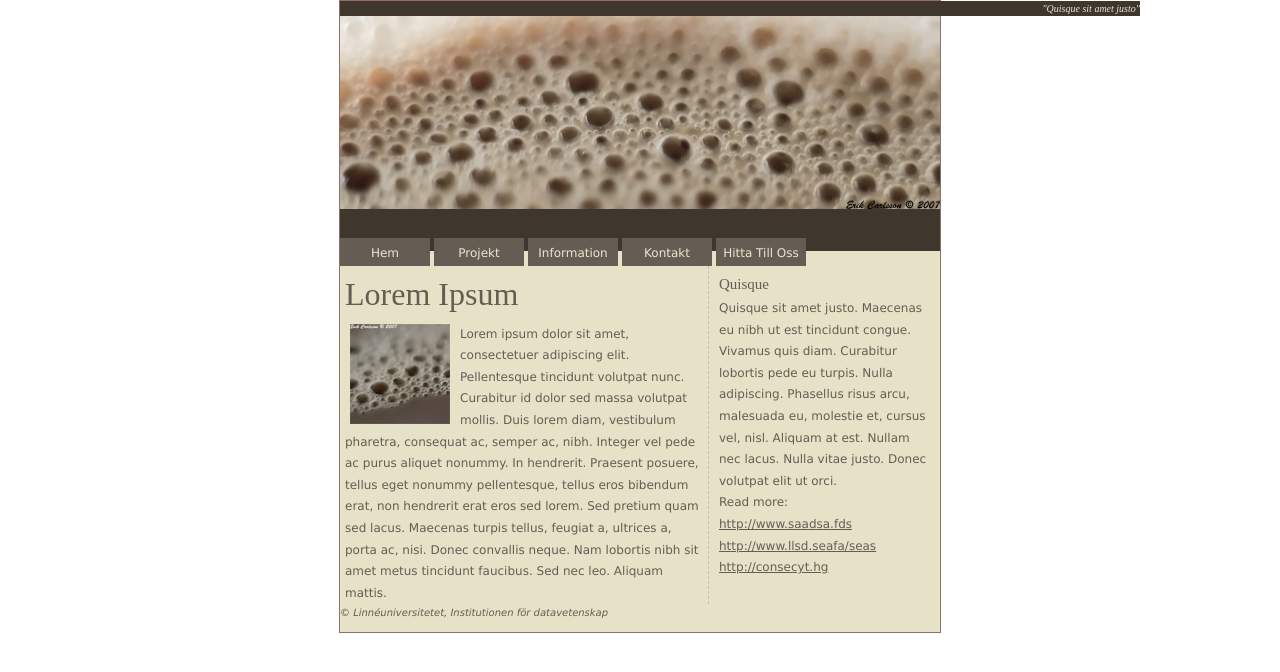
Repository: mh223ja/1ik415-js223mi-Uppgift-3-3
Page: index.html
The author's editor kept a record of every edit. The page is drawn from the files as they stood at one moment, then again after the next edit.
The browser window is 1280 px wide. The pictures show the whole page.

Above is the page before.

### index.html
<!doctype html>
<html lang="sv">

<head>
	<meta charset="utf-8" />
	<title>Lorem Ipsum</title>

	<link rel="stylesheet" href="css/basic.css" />
</head>

<body>

	<div id="container">
		<div id="topbar">
			"Quisque sit amet justo"
		</div>

		<div id="menu">

			<a href="#maincontent">Skip navigation</a>

			<ul>
				<li class="active"><a href="#">hem</a></li>
				<li><a href="#">projekt</a></li>
				<li><a href="#">information</a></li>
				<li><a href="#">kontakt</a></li>
				<li><a href="#">hitta till oss</a></li>
			</ul>
		</div>
		<div id="content">
			<div id="maincontent">
				<h1>Lorem Ipsum</h1>

				<img src="pics/info.jpg" alt="Bubblande kaffe" />
				<p>Lorem ipsum dolor sit amet, consectetuer adipiscing elit. Pellentesque tincidunt volutpat nunc. Curabitur id dolor sed massa volutpat mollis. Duis lorem diam, vestibulum pharetra, consequat ac, semper ac, nibh. Integer vel pede ac purus aliquet nonummy. In hendrerit. Praesent posuere, tellus eget nonummy pellentesque, tellus eros bibendum erat, non hendrerit erat eros sed lorem. Sed pretium quam sed lacus. Maecenas turpis tellus, feugiat a, ultrices a, porta ac, nisi. Donec convallis neque. Nam lobortis nibh sit amet metus tincidunt faucibus. Sed nec leo. Aliquam mattis.</p>
			</div>

			<div id="subcontent">

				<h1>Quisque</h1>
				<p>Quisque sit amet justo. Maecenas eu nibh ut est tincidunt congue. Vivamus quis diam. Curabitur lobortis pede eu turpis. Nulla adipiscing. Phasellus risus arcu, malesuada eu, molestie et, cursus vel, nisl. Aliquam at est. Nullam nec lacus. Nulla vitae justo. Donec volutpat elit ut orci.</p>

				<h2>Read more:</h2>
					<ul>
						<li><a href="#">http://www.saadsa.fds</a></li>
						<li><a href="#">http://www.llsd.seafa/seas</a></li>
						<li><a href="#">http://consecyt.hg</a></li>
					</ul>

			</div>
			<div id="bottomcontent">&copy; Linnéuniversitetet, Institutionen för datavetenskap</div>
		</div>
	</div>
</body>
</html>

### css/basic.css
/* Denna fil får du editera för att lösa uppgiften. Du får INTE ändra i html-filen. */

*{
	margin:0;
	padding: 0;
}
#container {
	width: 600px;
	margin: auto;
	border: 1px;
	border-style: solid;
	border-color: #937066;
	background-image: url('pics/coffey.jpg');
	background-repeat: no-repeat;
	background-color: #3F372E;
	background-size: 100% 33%;
}
#topbar {
	background-color: #3F372E;
	text-align: right;
	color: #eae7d2;
	font-size: 10px;
	padding: 2px 0;
	font-style: italic;
	width: 800px;
	height: auto;
	font: Verdana, Times New Roman;
}
#content {
	background-color: #E5E2C8;
	padding-top: 15px;
	font-family: Verdana, Times New Roman;
	color: #655D53;
	line-height: 1.8;
	overflow: auto;
	margin-top: -2.5%;
}
#maincontent {
	width: 60%;
	padding-right: 0.5%;
	border-right: dashed 1px;
	border-right-color: silver;
	float: left;
	background-color: #E5E2C8;
	margin-left: 0;
	padding-left: 5px;
	font-size: 12px;
	font-family: Verdana, Times New Roman;
	font-weight: 100;
}
#maincontent h1 {
	font-size: 32px;
	font-weight: normal;
	font-stretch:extra-expanded;
	font-family: Times New Roman;
}
#subcontent {
	width: 35%;
	padding-top: 5px;
	float: left;
	background-color: #E5E2C8;
	font-size: 8px;
	padding-left: 5px;
	margin-left: 5px;
}
#bottomcontent {
	font-style: italic;
	width: 600px;
	margin-bottom: 10px;
	font-size: 10px;
	float: left;
}
#maincontent img {
	float: left;
	margin-right: 5px;
	padding: 0px 5px;
}
#subcontent ul {
	list-style: none;
	margin: 0;
	padding: 0;
	font-size: 12px;
}
#subcontent h1 {
	font-size: 15px;
	color: #655D53;
	font-family: Times New Roman;
	font-weight: Normal;
}
#subcontent h2 {
	font-size: 12px;
	font-weight: normal;
	font-family: verdana;
}
#subcontent p {
	font-size: 12px;
}
#subcontent a {
	color: #655D53;
}
#subcontent a:visited {
	color: #5655D53;
}


#menu ul {
	display: inline-block;
	color: white;

	margin-top: 222px;
}
#menu li {
	display: inline-block;
	background-color: #655D53;
}
#menu a {
	color: #eae7d2;
	text-transform: capitalize;
	text-decoration: none;
	font-size: 12px;
	font-family: Verdana;
	display: none;
}
#menu li:hover {
	background-color: #9c9084;
}
#menu li a {
	display: inline;
}
#menu ul li {
	text-align: center;
	display: inline-block;
	width: 80px;
	padding: 5px;
}
.active {
	background-color: #E5E2C8;
}
.active a {
	color: #9e8076;
}

After the next edit:
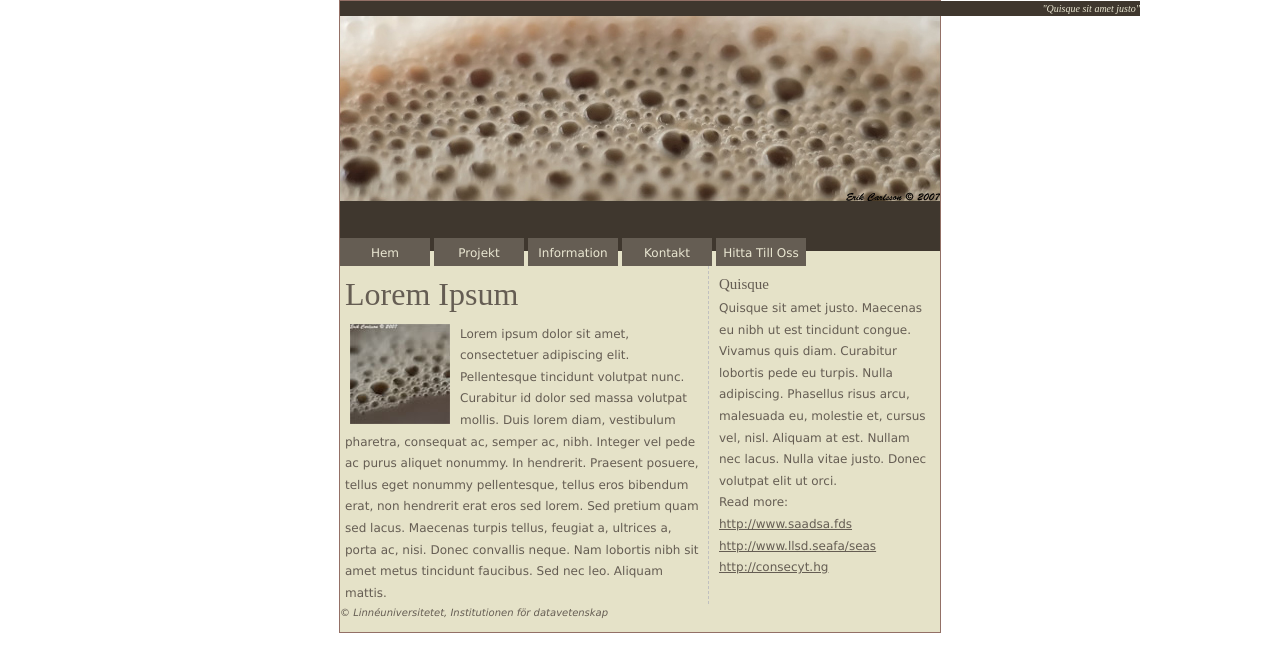
The edit:
--- a/css/basic.css
+++ b/css/basic.css
@@ -13,7 +13,7 @@
 	background-image: url('pics/coffey.jpg');
 	background-repeat: no-repeat;
 	background-color: #3F372E;
-	background-size: 100% 33%;
+	background-height: 100% 33%;
 }
 #topbar {
 	background-color: #3F372E;
